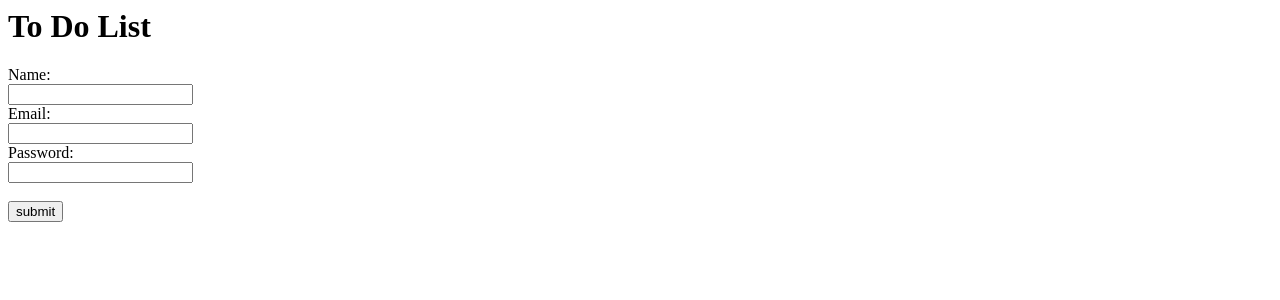
Repository: TharanyaM/Adaptavant--project
Page: Jdo/war/index.html
An editor plug-in stored every save of this project. The page is shown before and after the next save, followed by the edit.
The browser window is 1280 px wide. The pictures show the whole page.

Above is the page before, as saved 2015-10-17 02:06:57.

### Jdo/war/index.html
<!DOCTYPE HTML PUBLIC "-//W3C//DTD HTML 4.01 Transitional//EN">
<!-- The HTML 4.01 Transitional DOCTYPE declaration-->
<!-- above set at the top of the file will set     -->
<!-- the browser's rendering engine into           -->
<!-- "Quirks Mode". Replacing this declaration     -->
<!-- with a "Standards Mode" doctype is supported, -->
<!-- but may lead to some differences in layout.   -->

<html>
  <head>
    <meta http-equiv="content-type" content="text/html; charset=UTF-8">
    <title>To Do</title>
  </head>

  <body>
    <h1>To Do List</h1>

    <form action="/StuDetails" method="get">
  Name:<br>
  <input type="text" name="Name">
  <br>
  Email:<br>
  <input type="text" name="Email">
  <br>
  Password:<br>
  <input type="password" name="password">
  <br><br>
  <input type="submit" value="submit">
</form>
  </body>
</html>

After the next save:
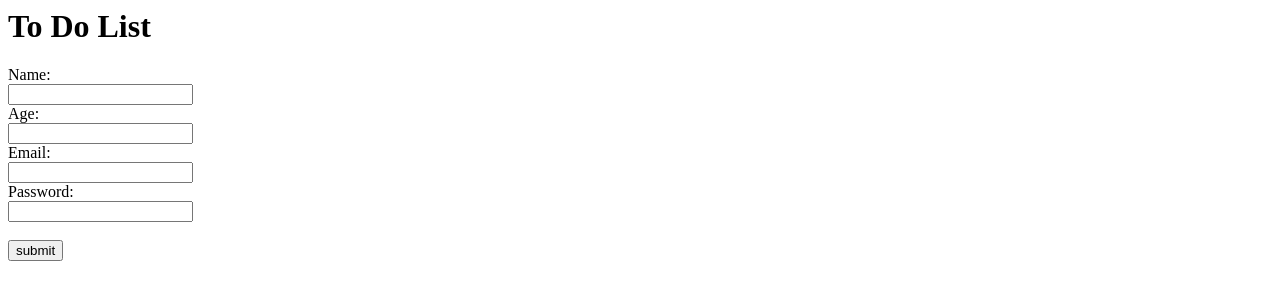
Saved 4 min 52 s later.
--- a/Jdo/war/index.html
+++ b/Jdo/war/index.html
@@ -19,6 +19,9 @@
   Name:<br>
   <input type="text" name="Name">
   <br>
+  Age:<br>
+  <input type="text" name="age">
+  <br>
   Email:<br>
   <input type="text" name="Email">
   <br>
